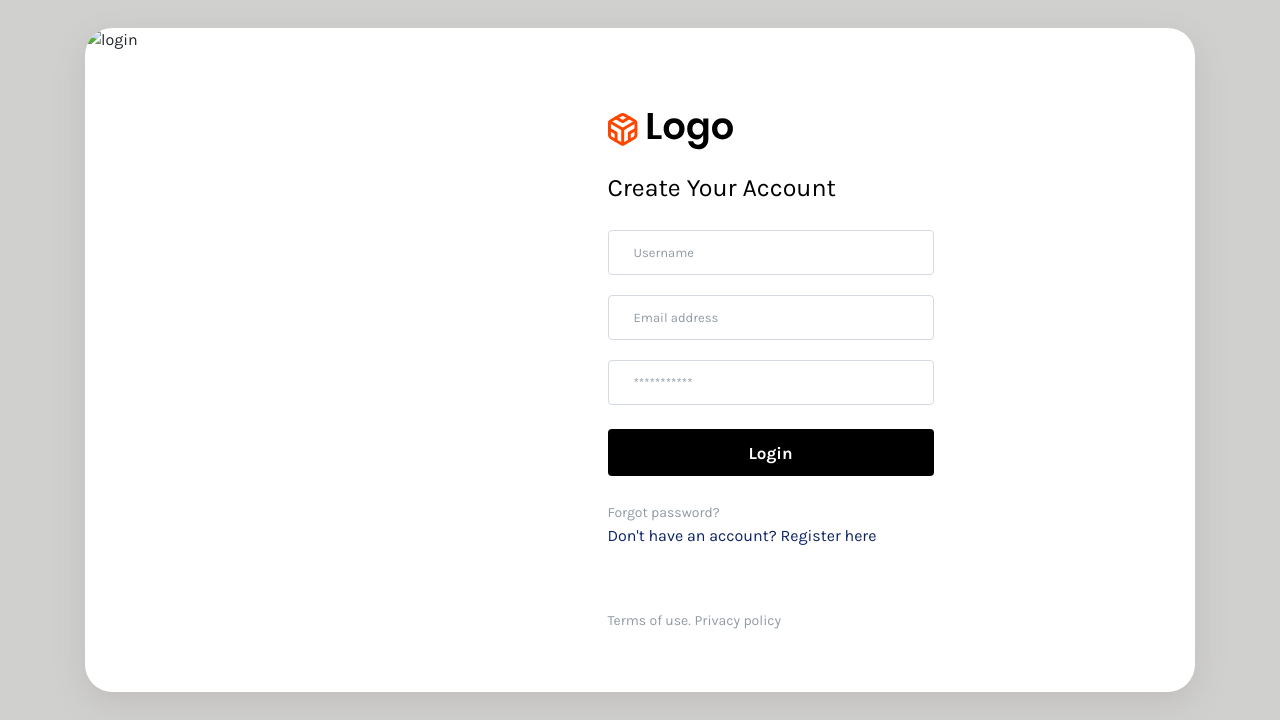
Repository: sara55m/Login
Page: http://localhost/register
These files come from the project's save history. The page is drawn as it stood at one moment and after the next save; the edit follows.
The browser window is 1280 px wide. The pictures show the whole page.
Some web libraries are served in a nearby version. The page is served by the project's Laravel application, run on PHP 8.4 with Laravel 10. Other server files are loaded and not shown.

Above is the page before, as saved 2024-03-01 16:54:51.

### routes/web.php
<?php

use Illuminate\Support\Facades\Route;

/*
|--------------------------------------------------------------------------
| Web Routes
|--------------------------------------------------------------------------
|
| Here is where you can register web routes for your application. These
| routes are loaded by the RouteServiceProvider and all of them will
| be assigned to the "web" middleware group. Make something great!
|
*/

Route::get('/', function () {
    return view('welcome');
});


Route::get('/register', function () {
    return view('register');
});

### resources/views/register.blade.php
<!DOCTYPE html>
<html lang="en">
<head>
  <meta charset="UTF-8">
  <meta name="viewport" content="width=device-width, initial-scale=1.0">
  <meta http-equiv="X-UA-Compatible" content="ie=edge">
  <title>Register Template</title>
  <link href="https://fonts.googleapis.com/css?family=Karla:400,700&display=swap" rel="stylesheet">
  <link rel="stylesheet" href="https://cdn.materialdesignicons.com/4.8.95/css/materialdesignicons.min.css">
  <link rel="stylesheet" href="https://stackpath.bootstrapcdn.com/bootstrap/4.4.1/css/bootstrap.min.css">
  <link rel="stylesheet" href="assets/css/login.css">
</head>
<body>
  <main class="d-flex align-items-center min-vh-100 py-3 py-md-0">
    <div class="container">
      <div class="card login-card">
        <div class="row no-gutters">
          <div class="col-md-5">
            <img src="assets/images/login.jpg" alt="login" class="login-card-img">
          </div>
          <div class="col-md-7">
            <div class="card-body">
              <div class="brand-wrapper">
                <img src="assets/images/logo.svg" alt="logo" class="logo">
              </div>
              <p class="login-card-description">Create Your Account</p>
              <form action="#!">
                <div class="form-group">
                    <label for="username" class="sr-only">Username</label>
                    <input type="text" name="username" id="username" class="form-control" placeholder="Username">
                  </div>
                  <div class="form-group">
                    <label for="email" class="sr-only">Email</label>
                    <input type="email" name="email" id="email" class="form-control" placeholder="Email address">
                  </div>
                  <div class="form-group mb-4">
                    <label for="password" class="sr-only">Password</label>
                    <input type="password" name="password" id="password" class="form-control" placeholder="***********">
                  </div>
                  <input name="login" id="login" class="btn btn-block login-btn mb-4" type="button" value="Login">
                </form>
                <a href="#!" class="forgot-password-link">Forgot password?</a>
                <p class="login-card-footer-text">Don't have an account? <a href="/register" class="text-reset">Register here</a></p>
                <nav class="login-card-footer-nav">
                  <a href="#!">Terms of use.</a>
                  <a href="#!">Privacy policy</a>
                </nav>
            </div>
          </div>
        </div>
      </div>
      <!-- <div class="card login-card">
        <img src="assets/images/login.jpg" alt="login" class="login-card-img">
        <div class="card-body">
          <h2 class="login-card-title">Login</h2>
          <p class="login-card-description">Sign in to your account to continue.</p>
          <form action="#!">
            <div class="form-group">
              <label for="email" class="sr-only">Email</label>
              <input type="email" name="email" id="email" class="form-control" placeholder="Email">
            </div>
            <div class="form-group">
              <label for="password" class="sr-only">Password</label>
              <input type="password" name="password" id="password" class="form-control" placeholder="Password">
            </div>
            <div class="form-prompt-wrapper">
              <div class="custom-control custom-checkbox login-card-check-box">
                <input type="checkbox" class="custom-control-input" id="customCheck1">
                <label class="custom-control-label" for="customCheck1">Remember me</label>
              </div>
              <a href="#!" class="text-reset">Forgot password?</a>
            </div>
            <input name="login" id="login" class="btn btn-block login-btn mb-4" type="button" value="Login">
          </form>
          <p class="login-card-footer-text">Don't have an account? <a href="#!" class="text-reset">Register here</a></p>
        </div>
      </div> -->
    </div>
  </main>
  <script src="https://code.jquery.com/jquery-3.4.1.min.js"></script>
  <script src="https://cdn.jsdelivr.net/npm/popper.js@1.16.0/dist/umd/popper.min.js"></script>
  <script src="https://stackpath.bootstrapcdn.com/bootstrap/4.4.1/js/bootstrap.min.js"></script>
</body>
</html>

### public/assets/css/login.css
body {
  font-family: "Karla", sans-serif;
  background-color: #d0d0ce;
  min-height: 100vh; }

.brand-wrapper {
  margin-bottom: 19px; }
  .brand-wrapper .logo {
    height: 37px; }

.login-card {
  border: 0;
  border-radius: 27.5px;
  box-shadow: 0 10px 30px 0 rgba(172, 168, 168, 0.43);
  overflow: hidden; }
  .login-card-img {
    border-radius: 0;
    position: absolute;
    width: 100%;
    height: 100%;
    -o-object-fit: cover;
       object-fit: cover; }
  .login-card .card-body {
    padding: 85px 60px 60px; }
    @media (max-width: 422px) {
      .login-card .card-body {
        padding: 35px 24px; } }
  .login-card-description {
    font-size: 25px;
    color: #000;
    font-weight: normal;
    margin-bottom: 23px; }
  .login-card form {
    max-width: 326px; }
  .login-card .form-control {
    border: 1px solid #d5dae2;
    padding: 15px 25px;
    margin-bottom: 20px;
    min-height: 45px;
    font-size: 13px;
    line-height: 15;
    font-weight: normal; }
    .login-card .form-control::-webkit-input-placeholder {
      color: #919aa3; }
    .login-card .form-control::-moz-placeholder {
      color: #919aa3; }
    .login-card .form-control:-ms-input-placeholder {
      color: #919aa3; }
    .login-card .form-control::-ms-input-placeholder {
      color: #919aa3; }
    .login-card .form-control::placeholder {
      color: #919aa3; }
  .login-card .login-btn {
    padding: 13px 20px 12px;
    background-color: #000;
    border-radius: 4px;
    font-size: 17px;
    font-weight: bold;
    line-height: 20px;
    color: #fff;
    margin-bottom: 24px; }
    .login-card .login-btn:hover {
      border: 1px solid #000;
      background-color: transparent;
      color: #000; }
  .login-card .forgot-password-link {
    font-size: 14px;
    color: #919aa3;
    margin-bottom: 12px; }
  .login-card-footer-text {
    font-size: 16px;
    color: #0d2366;
    margin-bottom: 60px; }
    @media (max-width: 767px) {
      .login-card-footer-text {
        margin-bottom: 24px; } }
  .login-card-footer-nav a {
    font-size: 14px;
    color: #919aa3; }

/*# sourceMappingURL=login.css.map */

### public/assets/images/logo.svg
<svg xmlns="http://www.w3.org/2000/svg" width="85" height="25" viewBox="0 0 85 25">
  <g fill="none" fill-rule="evenodd" transform="translate(1)">
    <g stroke="#FF4600" stroke-linecap="round" stroke-linejoin="round" stroke-width="2" transform="translate(0 1)">
      <path d="M18,14 L18,6 C17.9992679,5.28620161 17.6181681,4.62689901 17,4.27 L10,0.27 C9.38119785,-0.0872655899 8.61880215,-0.0872655899 8,0.27 L1,4.27 C0.38183192,4.62689901 0.00073214874,5.28620161 0,6 L0,14 C0.00073214874,14.7137984 0.38183192,15.373101 1,15.73 L8,19.73 C8.61880215,20.0872656 9.38119785,20.0872656 10,19.73 L17,15.73 C17.6181681,15.373101 17.9992679,14.7137984 18,14 Z"/>
      <polyline points="4.5 2.21 9 4.81 13.5 2.21"/>
      <polyline points="4.5 17.79 4.5 12.6 0 10"/>
      <polyline points="18 10 13.5 12.6 13.5 17.79"/>
      <polyline points=".27 4.96 9 10.01 17.73 4.96"/>
      <line x1="9" x2="9" y1="20.08" y2="10"/>
    </g>
    <path fill="#000" fill-rule="nonzero" d="M29.525,14.95 L35.45,14.95 L35.45,17.65 L26,17.65 L26,1.77635684e-15 L29.525,1.77635684e-15 L29.525,14.95 Z M43.95,3.625 C45.3000068,3.625 46.5124946,3.9083305 47.5875,4.475 C48.6625054,5.0416695 49.5083303,5.86249463 50.125,6.9375 C50.7416698,8.01250538 51.05,9.27499275 51.05,10.725 C51.05,12.1750073 50.7416698,13.433328 50.125,14.5 C49.5083303,15.566672 48.6625054,16.3874971 47.5875,16.9625 C46.5124946,17.5375029 45.3000068,17.825 43.95,17.825 C42.5999933,17.825 41.3875054,17.5375029 40.3125,16.9625 C39.2374946,16.3874971 38.3916698,15.566672 37.775,14.5 C37.1583303,13.433328 36.85,12.1750073 36.85,10.725 C36.85,9.27499275 37.1583303,8.01250538 37.775,6.9375 C38.3916698,5.86249463 39.2374946,5.0416695 40.3125,4.475 C41.3875054,3.9083305 42.5999933,3.625 43.95,3.625 Z M43.95,6.675 C42.9666618,6.675 42.1333368,7.02082988 41.45,7.7125 C40.7666633,8.40417013 40.425,9.40832675 40.425,10.725 C40.425,12.0416733 40.7666633,13.0458299 41.45,13.7375 C42.1333368,14.4291701 42.9666618,14.775 43.95,14.775 C44.9333383,14.775 45.7666633,14.4291701 46.45,13.7375 C47.1333368,13.0458299 47.475,12.0416733 47.475,10.725 C47.475,9.40832675 47.1333368,8.40417013 46.45,7.7125 C45.7666633,7.02082988 44.9333383,6.675 43.95,6.675 Z M58.975,3.625 C60.1416725,3.625 61.1416625,3.89999725 61.975,4.45 C62.8083375,5.00000275 63.3999983,5.741662 63.75,6.675 L63.75,3.8 L67.25,3.8 L67.25,17.7 C67.25,18.9833398 66.9958359,20.1374949 66.4875,21.1625 C65.9791641,22.1875051 65.2208384,22.9916638 64.2125,23.575 C63.2041616,24.1583363 61.9833405,24.45 60.55,24.45 C58.54999,24.45 56.9333395,23.9750048 55.7,23.025 C54.4666605,22.0749953 53.716668,20.7833415 53.45,19.15 L56.925,19.15 C57.125001,19.8500035 57.5124971,20.3958314 58.0875,20.7875 C58.6625029,21.1791686 59.3999955,21.375 60.3,21.375 C61.3333385,21.375 62.1666635,21.0708364 62.8,20.4625 C63.4333365,19.8541636 63.75,18.9333395 63.75,17.7 L63.75,14.75 C63.3999983,15.683338 62.8083375,16.4291639 61.975,16.9875 C61.1416625,17.5458361 60.1416725,17.825 58.975,17.825 C57.8083275,17.825 56.758338,17.5416695 55.825,16.975 C54.891662,16.4083305 54.1625026,15.5875054 53.6375,14.5125 C53.1124974,13.4374946 52.85,12.1750073 52.85,10.725 C52.85,9.27499275 53.1124974,8.01250538 53.6375,6.9375 C54.1625026,5.86249463 54.891662,5.0416695 55.825,4.475 C56.758338,3.9083305 57.8083275,3.625 58.975,3.625 Z M60.075,6.7 C58.9749945,6.7 58.09167,7.05832975 57.425,7.775 C56.75833,8.49167025 56.425,9.47499375 56.425,10.725 C56.425,11.9750063 56.75833,12.9541631 57.425,13.6625 C58.09167,14.3708369 58.9749945,14.725 60.075,14.725 C61.141672,14.725 62.0208299,14.3625036 62.7125,13.6375 C63.4041701,12.9124964 63.75,11.9416728 63.75,10.725 C63.75,9.4916605 63.4041701,8.51250363 62.7125,7.7875 C62.0208299,7.06249638 61.141672,6.7 60.075,6.7 Z M76.85,3.625 C78.2000068,3.625 79.4124946,3.9083305 80.4875,4.475 C81.5625054,5.0416695 82.4083303,5.86249463 83.025,6.9375 C83.6416698,8.01250538 83.95,9.27499275 83.95,10.725 C83.95,12.1750073 83.6416698,13.433328 83.025,14.5 C82.4083303,15.566672 81.5625054,16.3874971 80.4875,16.9625 C79.4124946,17.5375029 78.2000068,17.825 76.85,17.825 C75.4999933,17.825 74.2875054,17.5375029 73.2125,16.9625 C72.1374946,16.3874971 71.2916698,15.566672 70.675,14.5 C70.0583303,13.433328 69.75,12.1750073 69.75,10.725 C69.75,9.27499275 70.0583303,8.01250538 70.675,6.9375 C71.2916698,5.86249463 72.1374946,5.0416695 73.2125,4.475 C74.2875054,3.9083305 75.4999933,3.625 76.85,3.625 Z M76.85,6.675 C75.8666618,6.675 75.0333368,7.02082988 74.35,7.7125 C73.6666633,8.40417013 73.325,9.40832675 73.325,10.725 C73.325,12.0416733 73.6666633,13.0458299 74.35,13.7375 C75.0333368,14.4291701 75.8666618,14.775 76.85,14.775 C77.8333383,14.775 78.6666633,14.4291701 79.35,13.7375 C80.0333368,13.0458299 80.375,12.0416733 80.375,10.725 C80.375,9.40832675 80.0333368,8.40417013 79.35,7.7125 C78.6666633,7.02082988 77.8333383,6.675 76.85,6.675 Z"/>
  </g>
</svg>

After the next save:
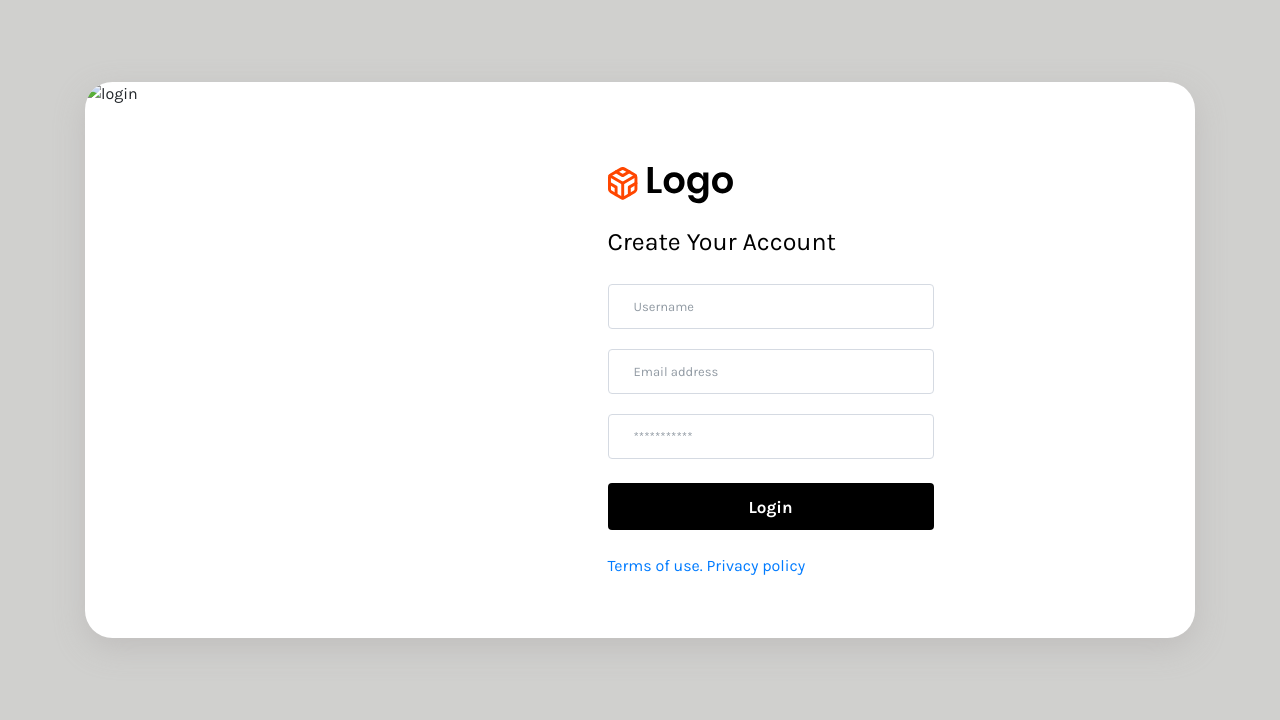
Saved 98 s later.
--- a/resources/views/register.blade.php
+++ b/resources/views/register.blade.php
@@ -39,9 +39,7 @@
                   </div>
                   <input name="login" id="login" class="btn btn-block login-btn mb-4" type="button" value="Login">
                 </form>
-                <a href="#!" class="forgot-password-link">Forgot password?</a>
-                <p class="login-card-footer-text">Don't have an account? <a href="/register" class="text-reset">Register here</a></p>
-                <nav class="login-card-footer-nav">
+
                   <a href="#!">Terms of use.</a>
                   <a href="#!">Privacy policy</a>
                 </nav>
